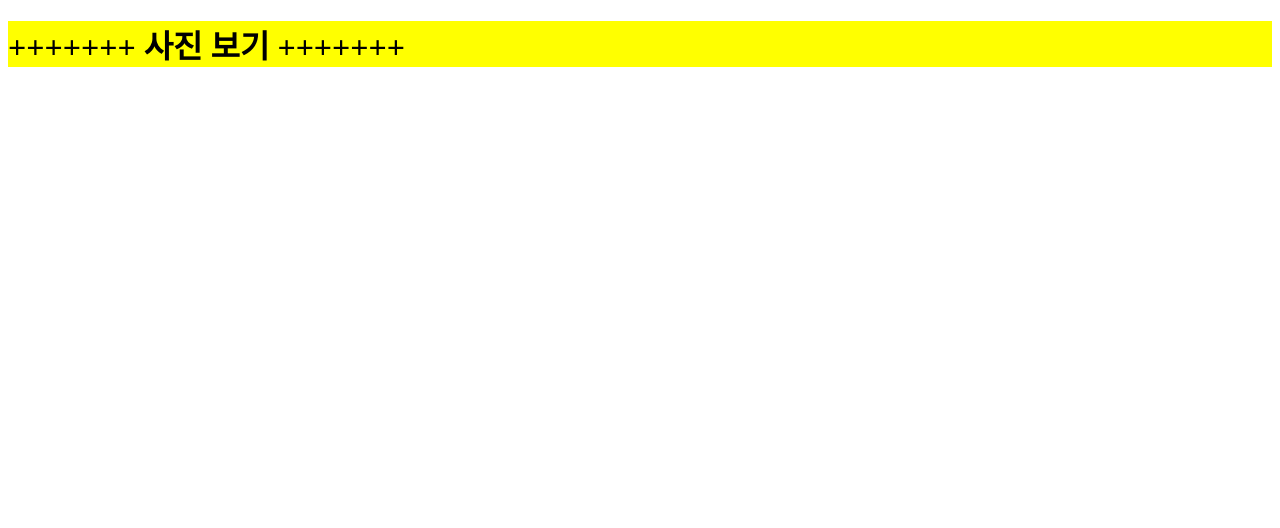
Repository: Migorithm/front_work
Page: front05_JQuery/src/main/webapp/3_event/jq11_slide.html
The author's editor kept a copy of each file at every save. The page is drawn from the files as they stood at one save, then again after the next save.
The browser window is 1280 px wide. The pictures show the whole page.

Above is the page before, as saved 2021-09-06 03:05:55.

### front05_JQuery/src/main/webapp/3_event/jq11_slide.html
<!DOCTYPE html>
<html>
<head>
<meta charset="UTF-8">
<title>Insert title here</title>
<style type="text/css">
	#mouseIn{background-color: yellow;}
</style>
</head>

<script src="https://ajax.googleapis.com/ajax/libs/jquery/3.6.0/jquery.min.js"></script>
<script>
	$(function(){
		//div영역을 선택자로 지정.. 화면이 처음 로딩되면 이미지가 안보이도록 감춘다.
		$("#imageView").hide();



		$("#mouseIn").mouseenter(function(){
			$("#imageView").show(3000)
		})



		$("#mouseIn").mouseleave(function(){
			$("#imageView").hide(1000)
		})

		});
</script>


<body>
<h1 id="mouseIn">+++++++ 사진 보기 +++++++</h1>
<div id="imageView">
	<img alt="" src="../image/1.jpg" width="300" height="400">
</div>
</body>
</html>

After the next save:
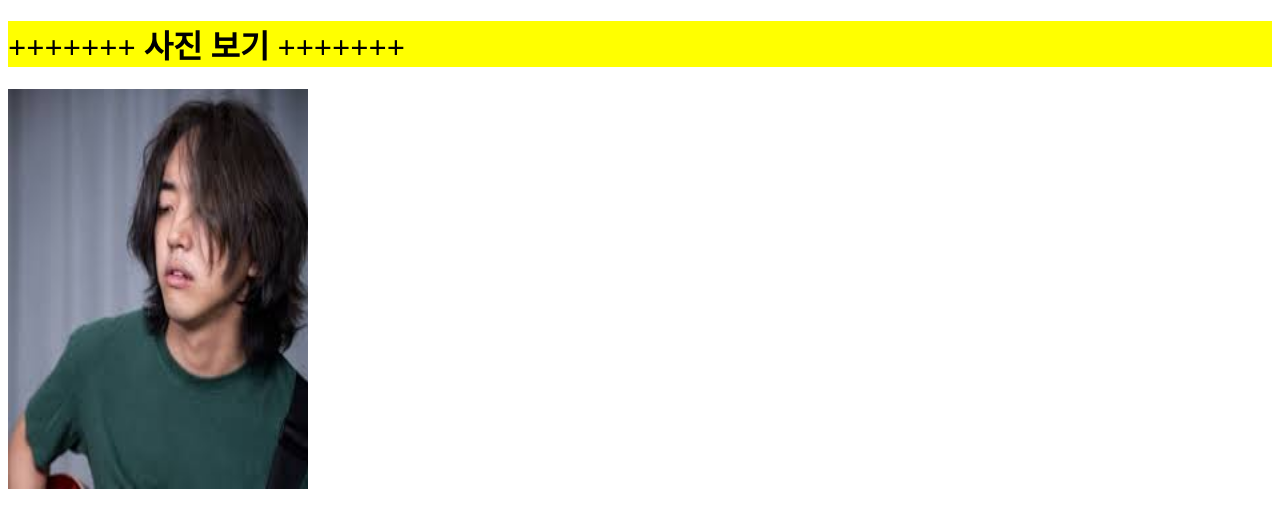
Console error: SyntaxError: Unexpected token 'function'
Saved 2 min 18 s later.
--- a/front05_JQuery/src/main/webapp/3_event/jq11_slide.html
+++ b/front05_JQuery/src/main/webapp/3_event/jq11_slide.html
@@ -16,7 +16,7 @@
 
 
 
-		$("#mouseIn").mouseenter(function(){
+/* 		$("#mouseIn").mouseenter(function(){
 			$("#imageView").show(3000)
 		})
 
@@ -24,7 +24,21 @@
 
 		$("#mouseIn").mouseleave(function(){
 			$("#imageView").hide(1000)
+		}) */
+
+		//hover로 구현
+
+		$("imageView").hover({
+			function(){
+				$("#imageView").show()
+
+			}
+			function(){
+				$("imageView").hide()
+			}
+
 		})
+
 
 		});
 </script>

After the save that followed:
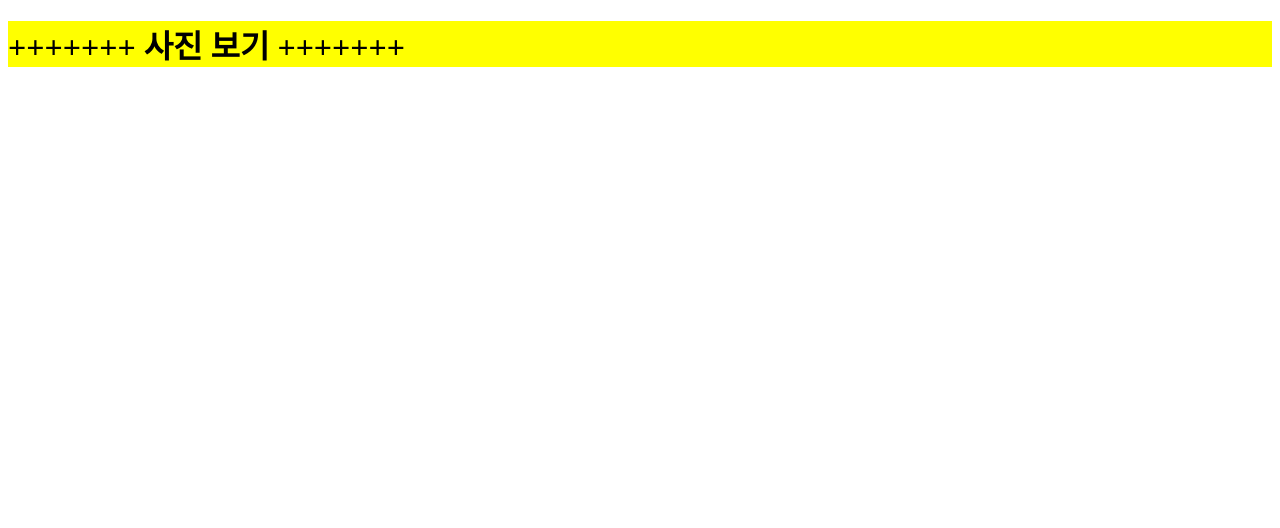
The error is gone.
Saved 15 s later.
--- a/front05_JQuery/src/main/webapp/3_event/jq11_slide.html
+++ b/front05_JQuery/src/main/webapp/3_event/jq11_slide.html
@@ -32,7 +32,7 @@
 			function(){
 				$("#imageView").show()
 
-			}
+			},
 			function(){
 				$("imageView").hide()
 			}
